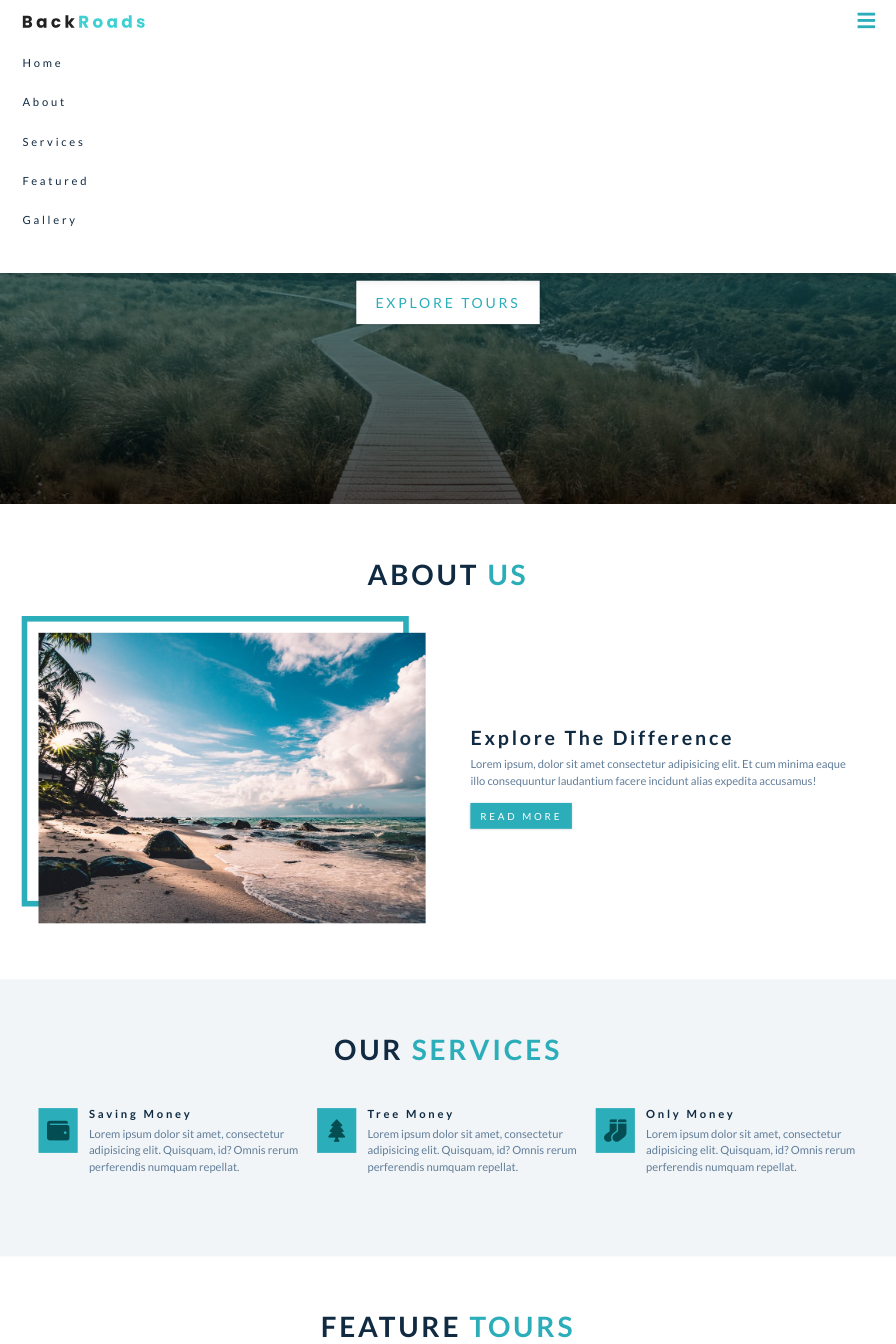
Repository: Ndifoinhilary/flexbox-project
Page: index.html
An editor plug-in stored every save of this project. The page is shown before and after the next save, followed by the edit.
The browser window is 1280 px wide. The pictures show the part of the page from y = 0 to 1920 px (the page is 3983 px tall), at 70% of full size.

Above is the page before, as saved 2024-01-24 10:09:08.

After the next save:
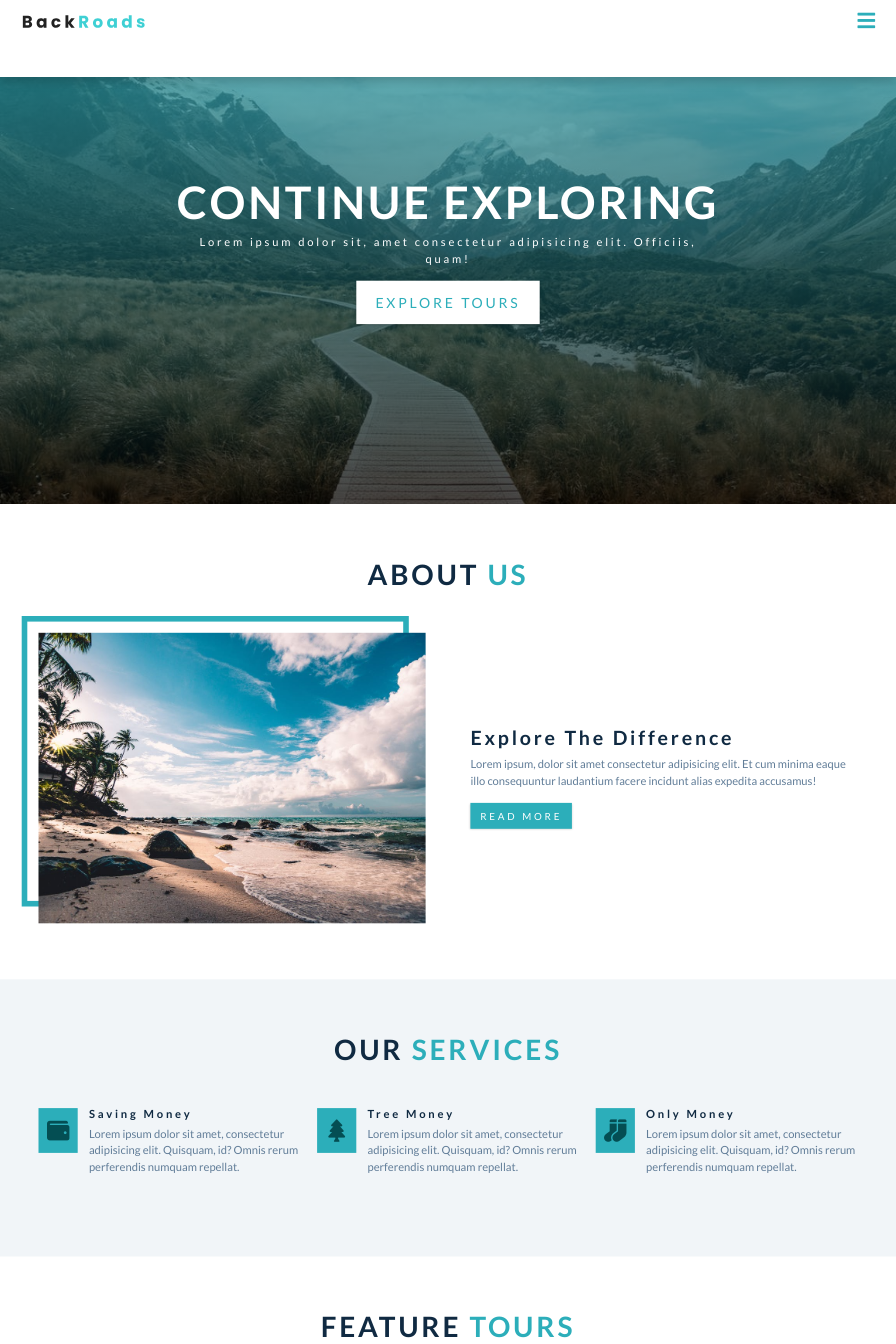
Saved 7 min 37 s later.
--- a/css/main.css
+++ b/css/main.css
@@ -221,6 +221,15 @@
   background: var(--clr-primary-8);
   padding-left: 2.25rem;
 }
+.nav-links{
+  height: 0;
+  overflow: hidden;
+  transition: var(--transition);
+
+}
+.show-links{
+  height: 279.95px;
+}
 /*
 ===============
 Hero

After the 2 saves that followed:
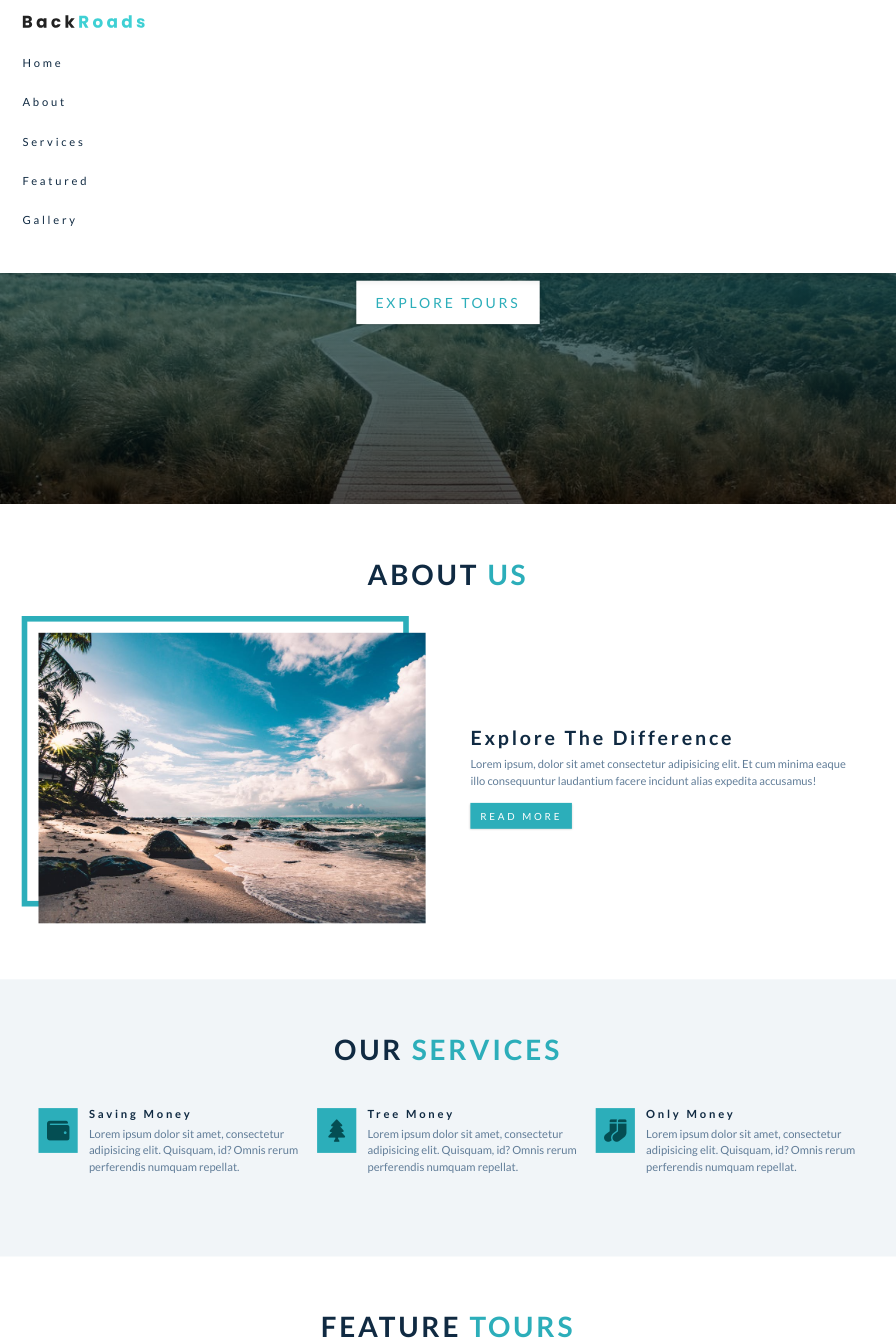
The 2 saves are shown as one change because 1 left the picture as it was.
The last was saved 9 min 9 s later.
--- a/index.html
+++ b/index.html
@@ -83,7 +83,7 @@
 
     <!-- service section start -->
 
-    <section class="section services" id="servics">
+    <section class="section services" id="services">
       <div class="section-title">
         <h2>our <span>services</span></h2>
       </div>
--- a/css/main.css
+++ b/css/main.css
@@ -230,6 +230,17 @@
 .show-links{
   height: 279.95px;
 }
+
+@media screen and (min-width:992px) {
+  .nav-toggle{
+    display: none;
+  }
+  .nav-links{
+    height: auto;
+
+  }
+}
+
 /*
 ===============
 Hero
